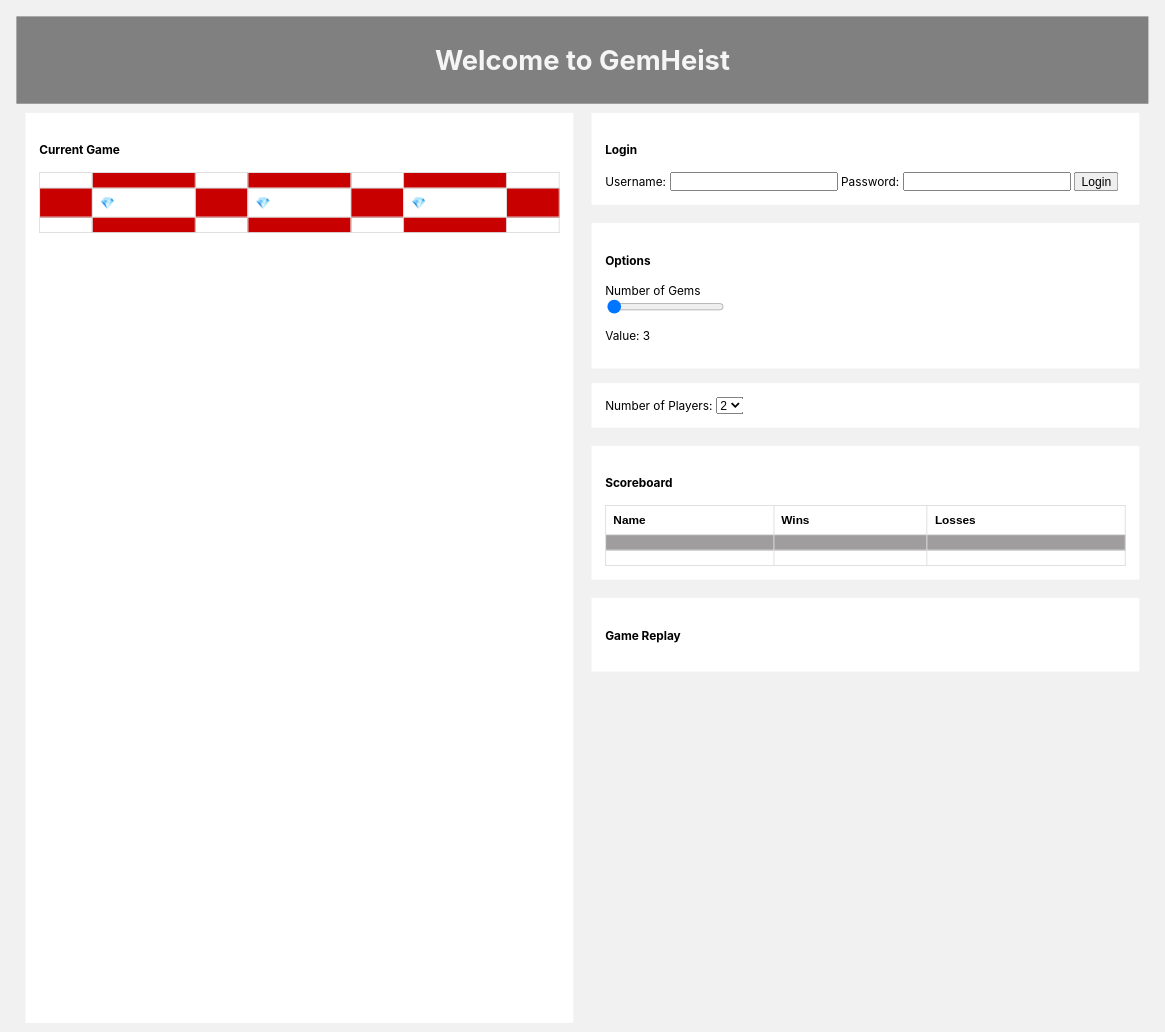
Repository: komalharjani/Gem-Heist
Page: board.html
These files come from the project's save history. The page is drawn as it stood at one moment and after the next save; the edit follows.
The browser window is 1280 px wide. The pictures show the whole page, at 91% of full size.

Above is the page before, as saved 2020-04-09 13:05:08.

After the next save:
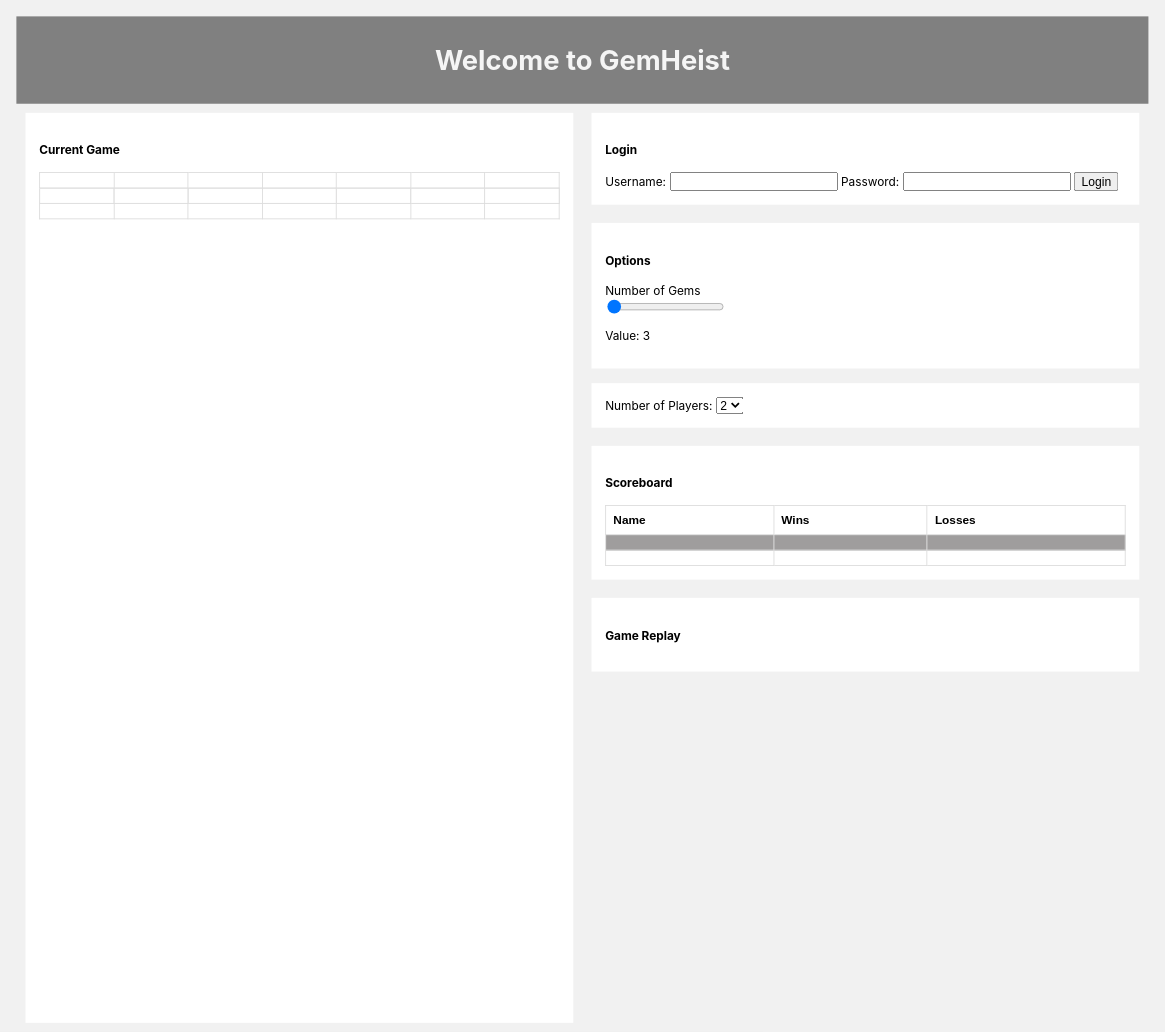
Saved 47 s later.
--- a/model_Board.js
+++ b/model_Board.js
@@ -42,6 +42,7 @@
                 cell.setAttribute("row", i);
                 cell.setAttribute("col", j);
 
+                if(currState[i] == true) {
                 if (j % 2 && i % 2) { //identify gem cells
                     //currentState[0].push(cell);
                     cell.innerHTML = gemChar;
@@ -59,6 +60,10 @@
                         //replay.enqueue(this);
                     })
                 }
+            }
+            else {
+                cell.className = "white";
+            }
 
                 row.appendChild(cell);
             }

After the 2 saves that followed:
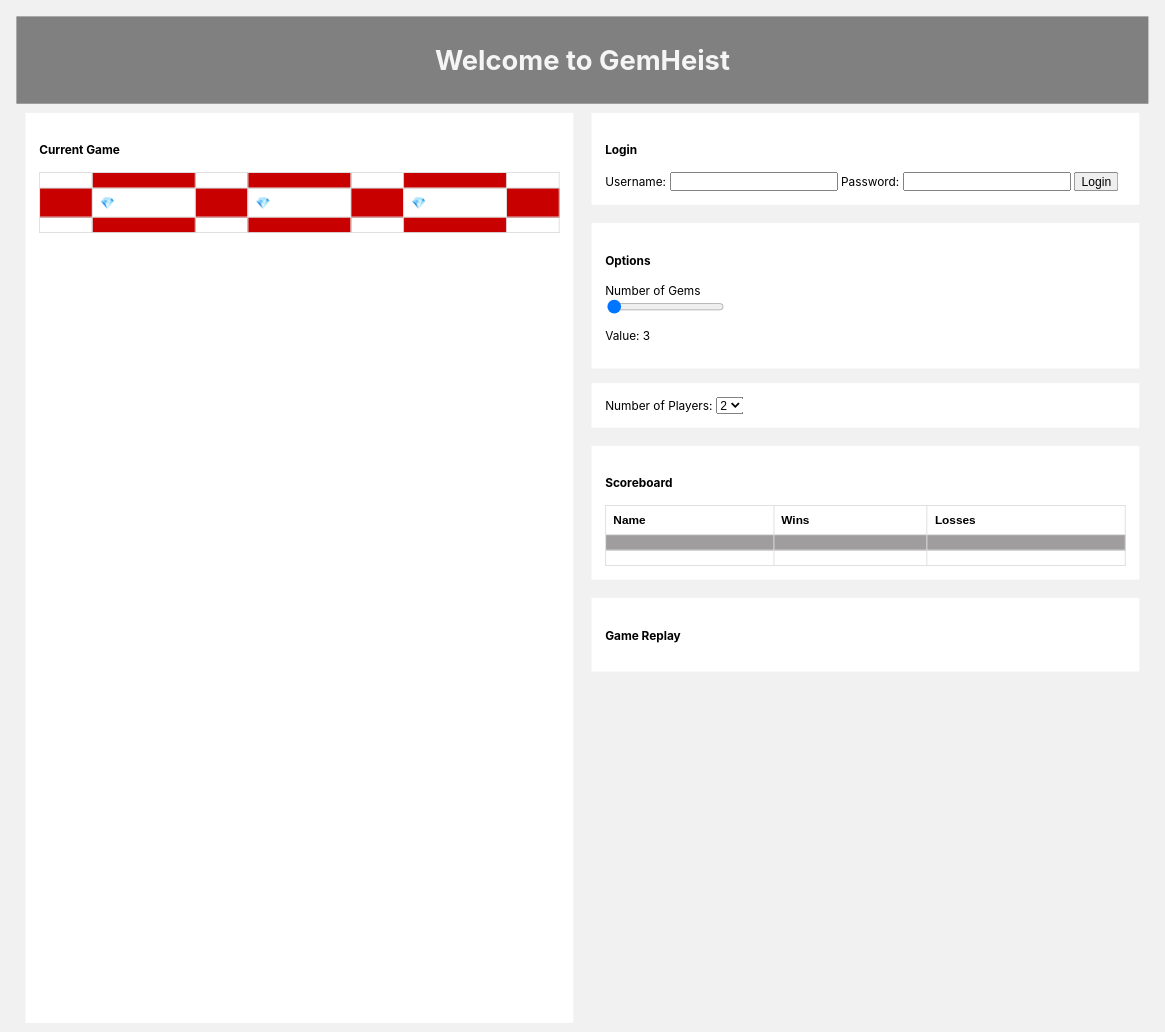
The 2 saves are shown as one change because 1 left the picture as it was.
The last was saved 42 s later.
--- a/model_Board.js
+++ b/model_Board.js
@@ -31,51 +31,52 @@
  */
 //synchronise with model
 //if true draw alarm else draw
-    function drawBoard() {
-        //Create rows and tables according to specified height and width
-        var table = document.createElement("table");
-        for (var i = 0; i < height; i++) { //loop through height
-            var row = document.createElement('tr'); //create rows for each height
-            for (var j = 0; j < width; j++) { //loop through width
-                var cell = document.createElement('td'); //create columns for each width
-                pieces[i].push(cell);
-                cell.setAttribute("row", i);
-                cell.setAttribute("col", j);
+function drawBoard() {
+    //Create rows and tables according to specified height and width
+    var table = document.createElement("table");
+    for (var i = 0; i < height; i++) { //loop through height
+        var row = document.createElement('tr'); //create rows for each height
+        for (var j = 0; j < width; j++) { //loop through width
+            var cell = document.createElement('td'); //create columns for each width
+            pieces[i].push(cell);
+            cell.setAttribute("row", i);
+            cell.setAttribute("col", j);
 
-                if(currState[i] == true) {
-                if (j % 2 && i % 2) { //identify gem cells
-                    //currentState[0].push(cell);
-                    cell.innerHTML = gemChar;
-                    cell.className = "gem";
-                    //move event listener to turn handler function
-                    cell.addEventListener('click', function(event){
-                        this.innerHTML  = "name";
-                        //replay.enqueue(this);
-                    })
-                }
-                else if (j % 2 || i % 2) { //identify alarm cells
-                    cell.className = "alarm";
-                    cell.addEventListener('click', function(event){
-                        this.className = "white";
-                        //replay.enqueue(this);
-                    })
-                }
+            if(currState[i][j] == true) {
+            if (j % 2 && i % 2) { //identify gem cells
+                //currentState[0].push(cell);
+                cell.innerHTML = gemChar;
+                cell.className = "gem";
+                //move event listener to turn handler function
+                cell.addEventListener('click', function(event){
+                    this.innerHTML  = "name";
+                    //replay.enqueue(this);
+                })
             }
-            else {
-                cell.className = "white";
+            else if (j % 2 || i % 2) { //identify alarm cells
+                cell.className = "alarm";
+                cell.addEventListener('click', function(event){
+                    this.className = "white";
+                    //replay.enqueue(this);
+                })
             }
+        }
+        else {
+            cell.className = "white"
+        }
 
-                row.appendChild(cell);
-            }
-            table.appendChild(row);
+            row.appendChild(cell);
         }
-        document.body.appendChild(table);
+        table.appendChild(row);
+    }
+    document.body.appendChild(table);
 
-        //display in this div
-        let divContainer = document.getElementById("game");
-        divContainer.innerHTML = "";
-        divContainer.appendChild(table);
-    }
+    //display in this div
+    let divContainer = document.getElementById("game");
+    divContainer.innerHTML = "";
+    divContainer.appendChild(table);
+}
+
 
     drawBoard();
 
